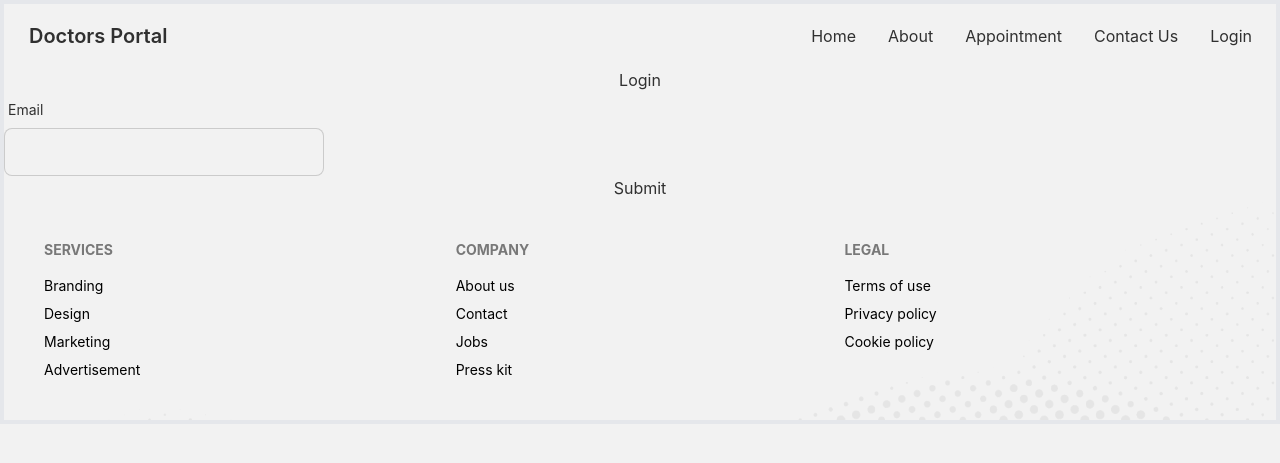
Repository: Samad77/Doctorportal-Client
Page: /login
The author's editor kept a copy of each file at every save. The page is drawn from the files as they stood at one save, then again after the next save.
The browser window is 1280 px wide. The pictures show the whole page.
The project was rebuilt for these pictures with package versions that can differ from the ones it lists, and the page was loaded fresh each time. Also part of the build but not shown: src/Pages/Appointment/BookingModal/BookingModal.js, src/Pages/Appointment/AppoinmentCard/AppoinmentCard.js, src/Pages/Appointment/AppointmentBanner/AppointmentBanner.js, src/Pages/Appointment/AvailavleAppoinment/AvailableAppoinment.js, src/Pages/Appointment/Appoinment/Appoinment.js, src/Components/PrimaryButton/PrimaryButton.js, src/Pages/Home/Banner/Banner.js, src/Pages/Home/Cards/Cards.js and 5 more.

Above is the page before, as saved 2022-11-15 10:56:44.

After the next save:
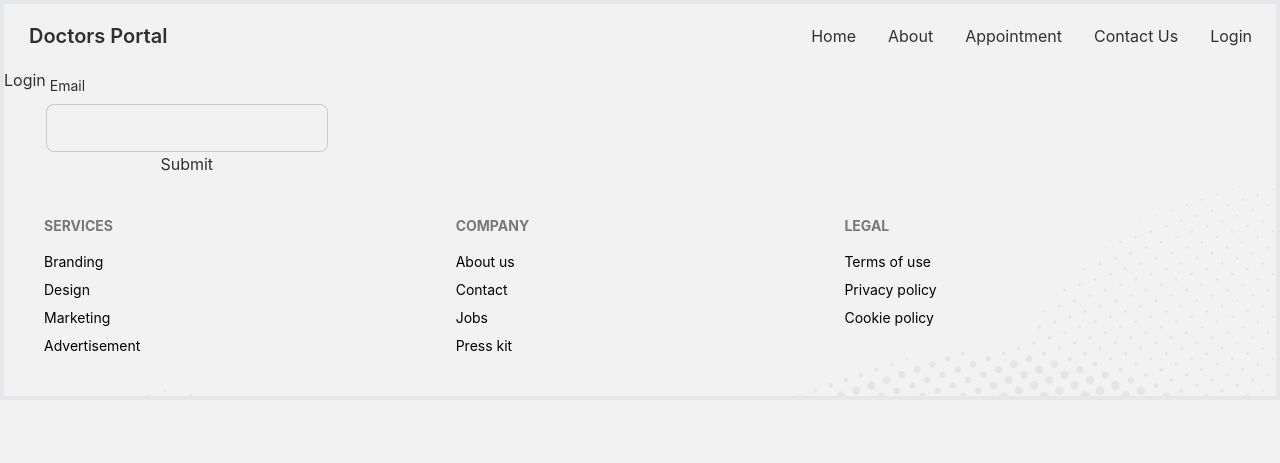
Saved 12 s later.
--- a/src/Pages/Login/Login.js
+++ b/src/Pages/Login/Login.js
@@ -6,7 +6,7 @@
     const [data, setData] = useState("");
 
     return (
-        <section className=''>
+        <section className='flex'>
             <h1>Login</h1>
             <form onSubmit={handleSubmit((data) => setData(JSON.stringify(data)))} className="flex flex-col justify-center">
 

After the save that followed:
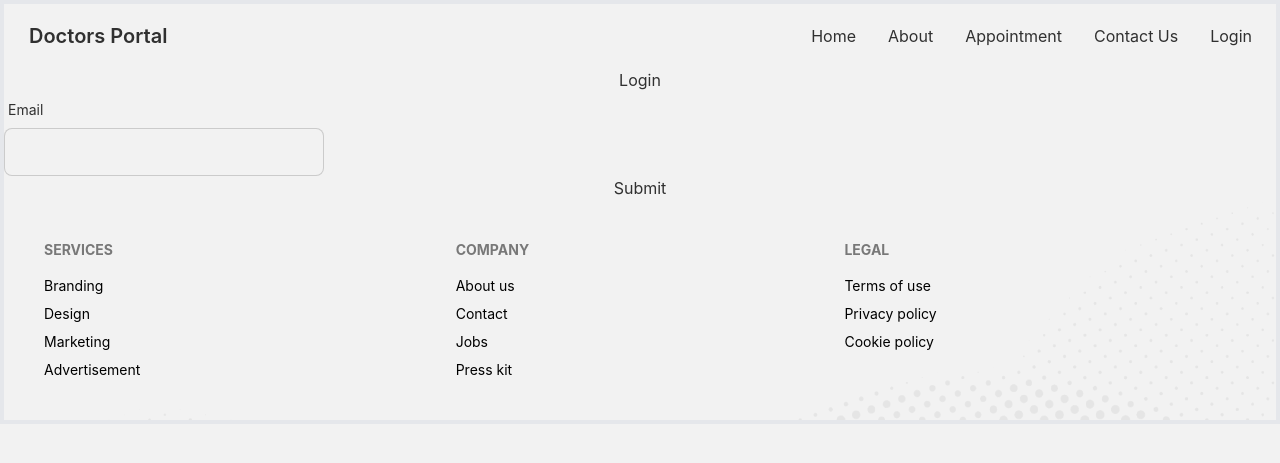
Saved 6 s later.
--- a/src/Pages/Login/Login.js
+++ b/src/Pages/Login/Login.js
@@ -6,7 +6,7 @@
     const [data, setData] = useState("");
 
     return (
-        <section className='flex'>
+        <section className=''>
             <h1>Login</h1>
             <form onSubmit={handleSubmit((data) => setData(JSON.stringify(data)))} className="flex flex-col justify-center">
 
